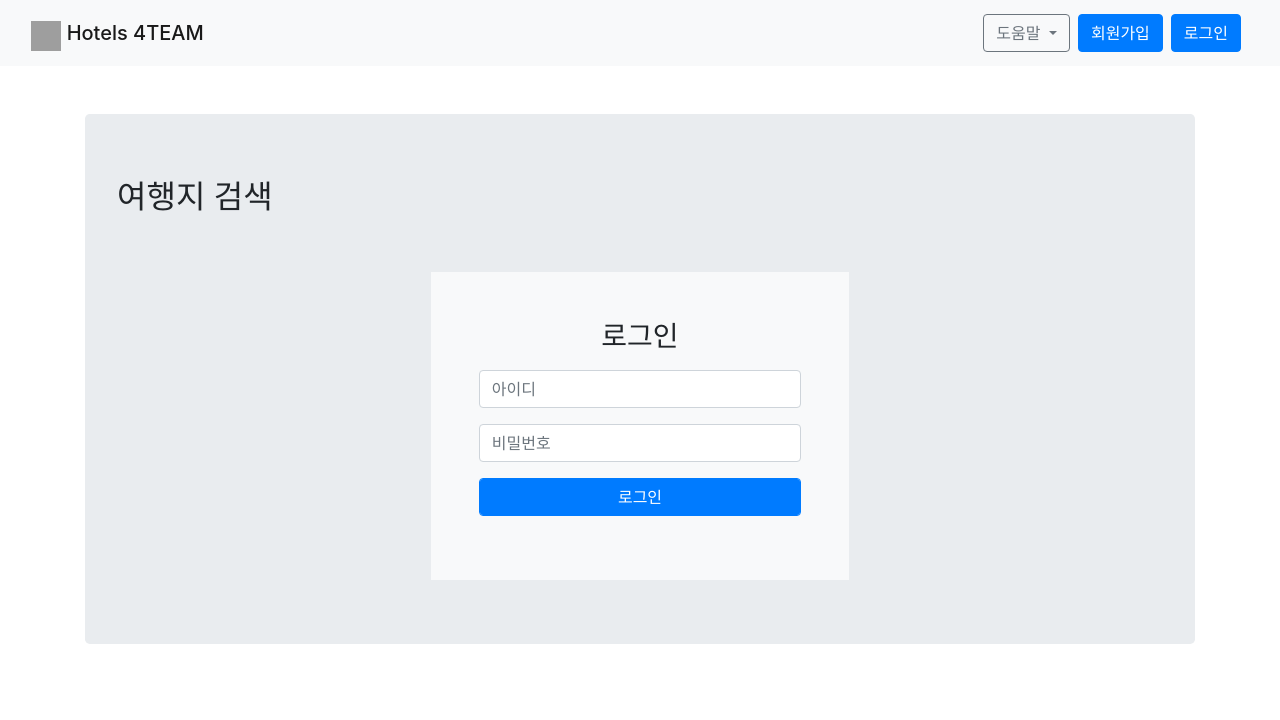
Repository: ShinKioh/Hotel_project
Page: http://localhost/HOTEL/login
These files come from the project's save history. The page is drawn as it stood at one moment and after the next save; the edit follows.
The browser window is 1280 px wide. The pictures show the whole page.
Pictures or frames that could not be fetched are drawn as grey boxes. The page is served by Tomcat 9.

Above is the page before, as saved 2022-02-17 06:58:28.

After the next save:
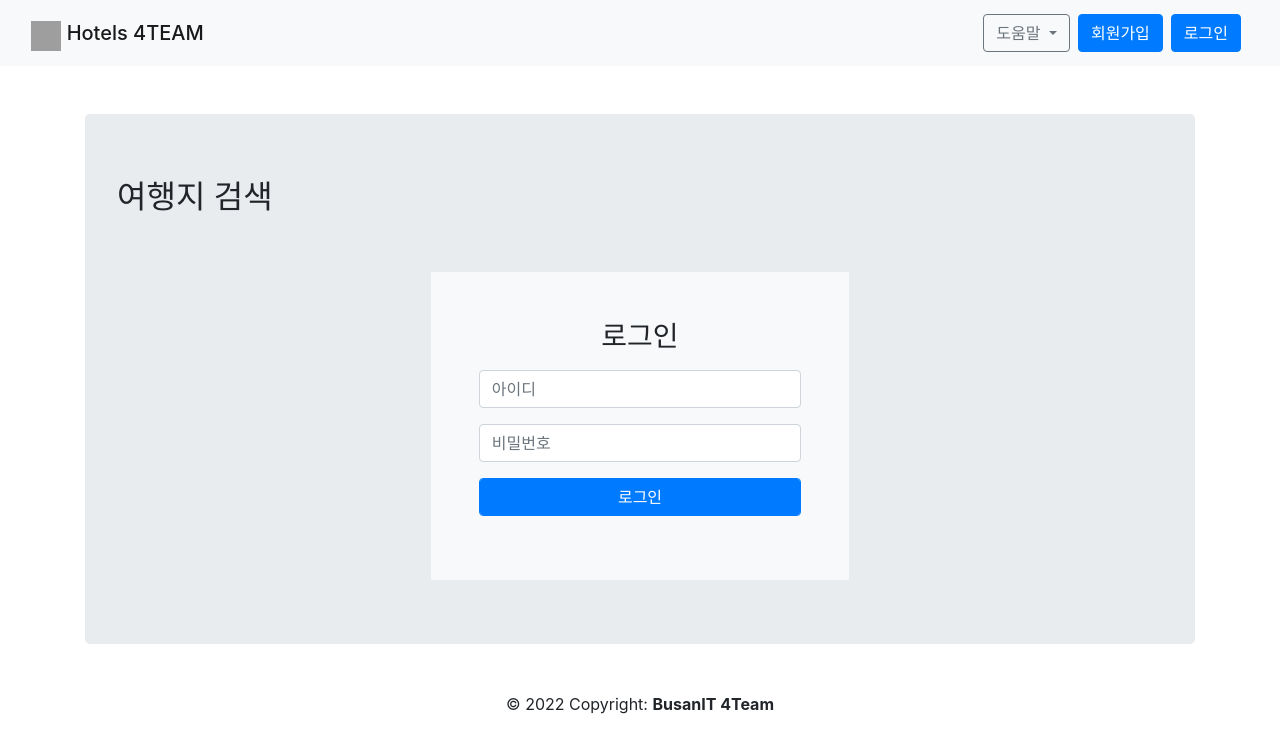
Saved 12 s later.
--- a/HOTEL/WebContent/login/login.jsp
+++ b/HOTEL/WebContent/login/login.jsp
@@ -37,9 +37,7 @@
 	</div>
 </main>
 
-<footer>
-
-</footer>
+<jsp:include page="../common/footer.jsp" />
 
 </body>
 </html>
